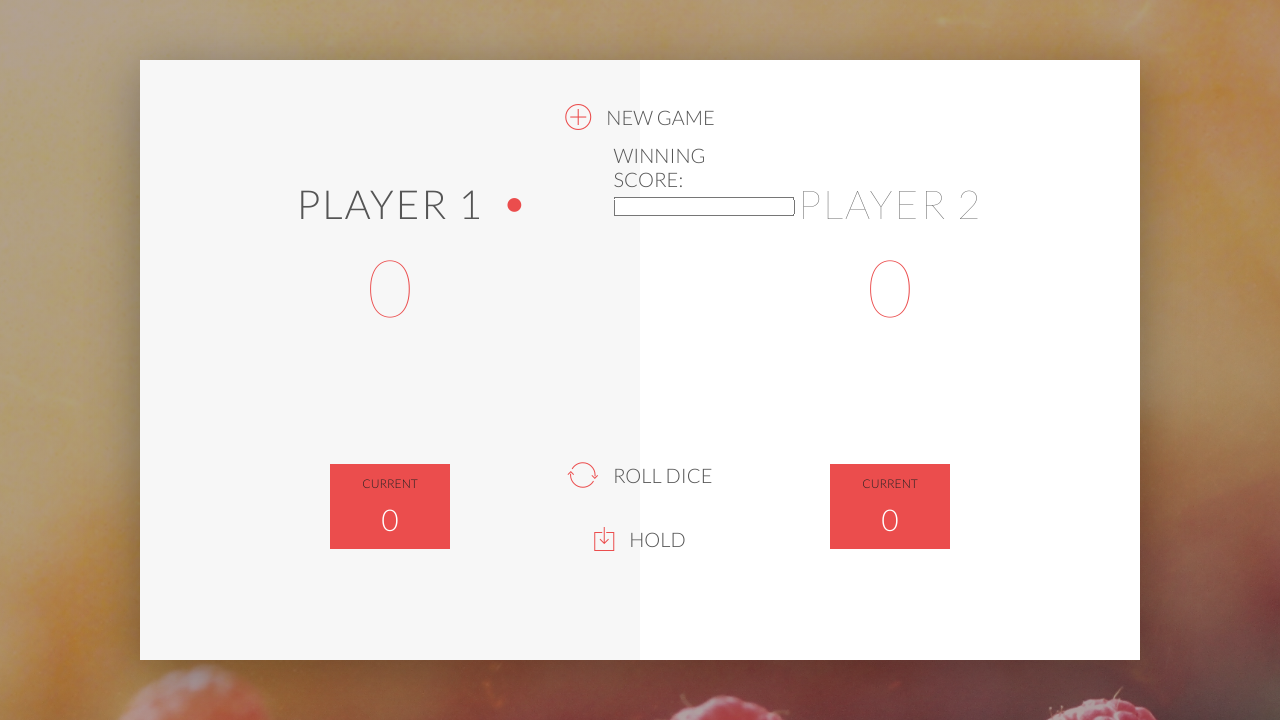
Repository: hexanek/hexanek.github.io
Page: pig-game/index.html
The author's editor kept a copy of each file at every save. The page is drawn from the files as they stood at one save, then again after the next save.
The browser window is 1280 px wide. The pictures show the whole page.

Above is the page before, as saved 2019-12-18 21:08:32.

After the next save:
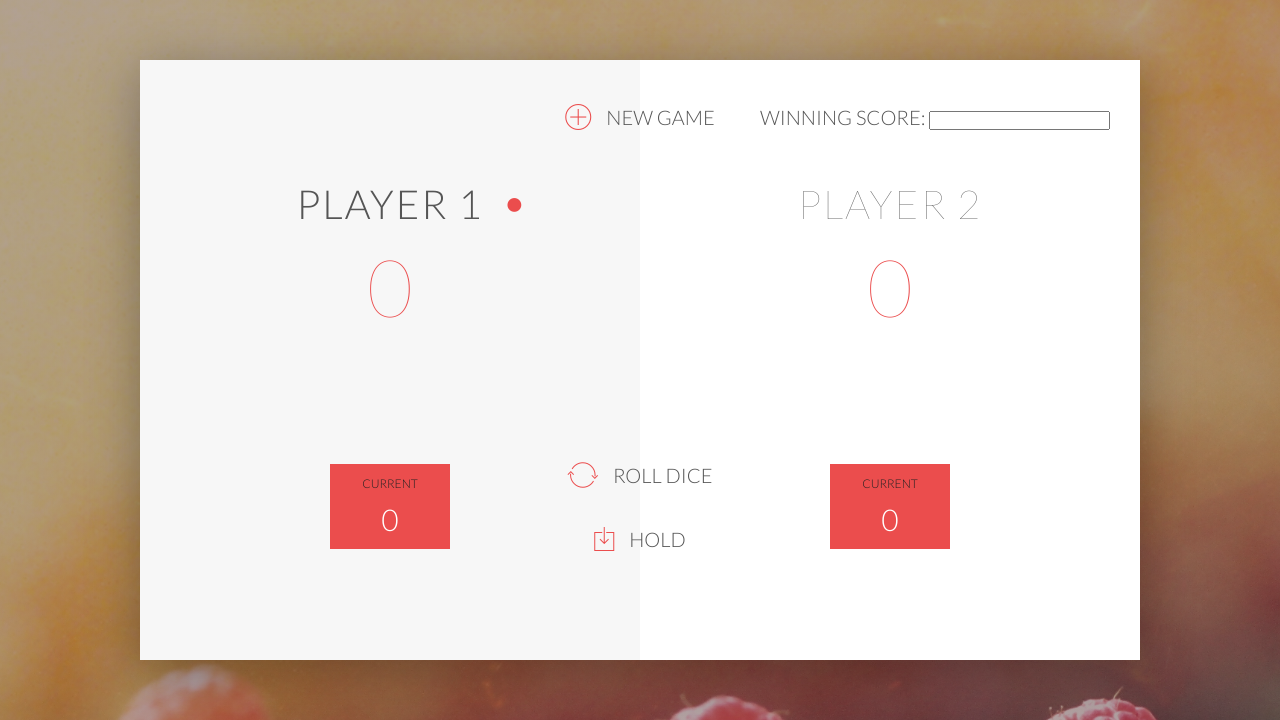
Saved 101 s later.
--- a/pig-game/style.css
+++ b/pig-game/style.css
@@ -161,10 +161,10 @@ i {
     border: 3px solid #555;
 }
 .form-score{
-    top: 83px;
+    top: 45px;
      position: absolute;
-    width: 53px;
-    left: 50%;
+    width: 400px;
+    left: 82%;
     transform: translateX(-50%);
     color: #555;
     background: none;
